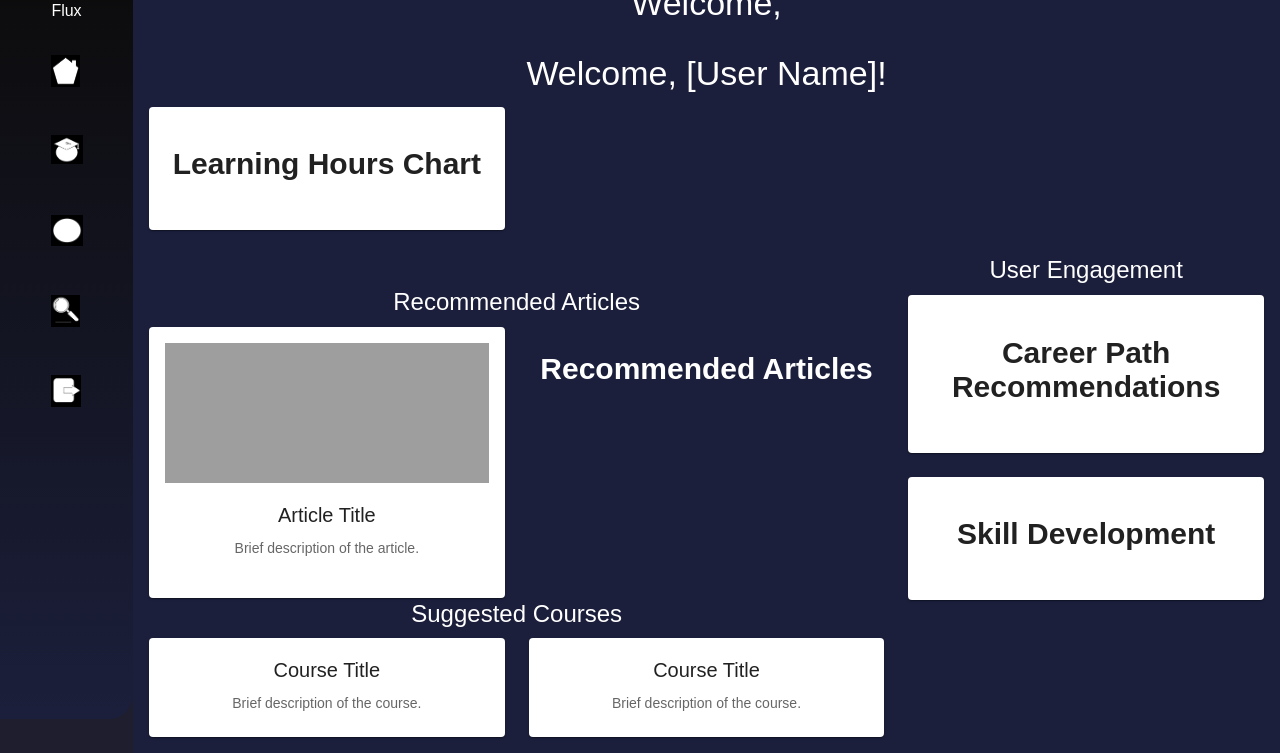
Repository: jvt2/OnlineCourseApp
Page: /dashboard
An editor plug-in stored every save of this project. The page is shown before and after the next save, followed by the edit.
The browser window is 1280 px wide. The pictures show the whole page.
Pictures or frames that could not be fetched are drawn as grey boxes. The page's requests for data from a server got no answer. The project was rebuilt for these pictures with package versions that can differ from the ones it lists, and the page was loaded fresh each time. No one was signed in, and anything a server would have sent is missing. Also part of the build but not shown: src/features/auth/Register.js, src/features/auth/Login.js, src/features/courses/ResumeUpload.js, src/features/courses/CourseRecommendations.js, src/components/common/MyModal.js, src/features/courses/CourseCatalog.js, src/features/courses/CourseDetail.js, src/components/common/Navbar.js and 3 more. Imported but missing from the stored project, and not drawn on this page: src/app/reportWebVitals.

Above is the page before, as saved 2024-07-18 21:07:45.

After the next save:
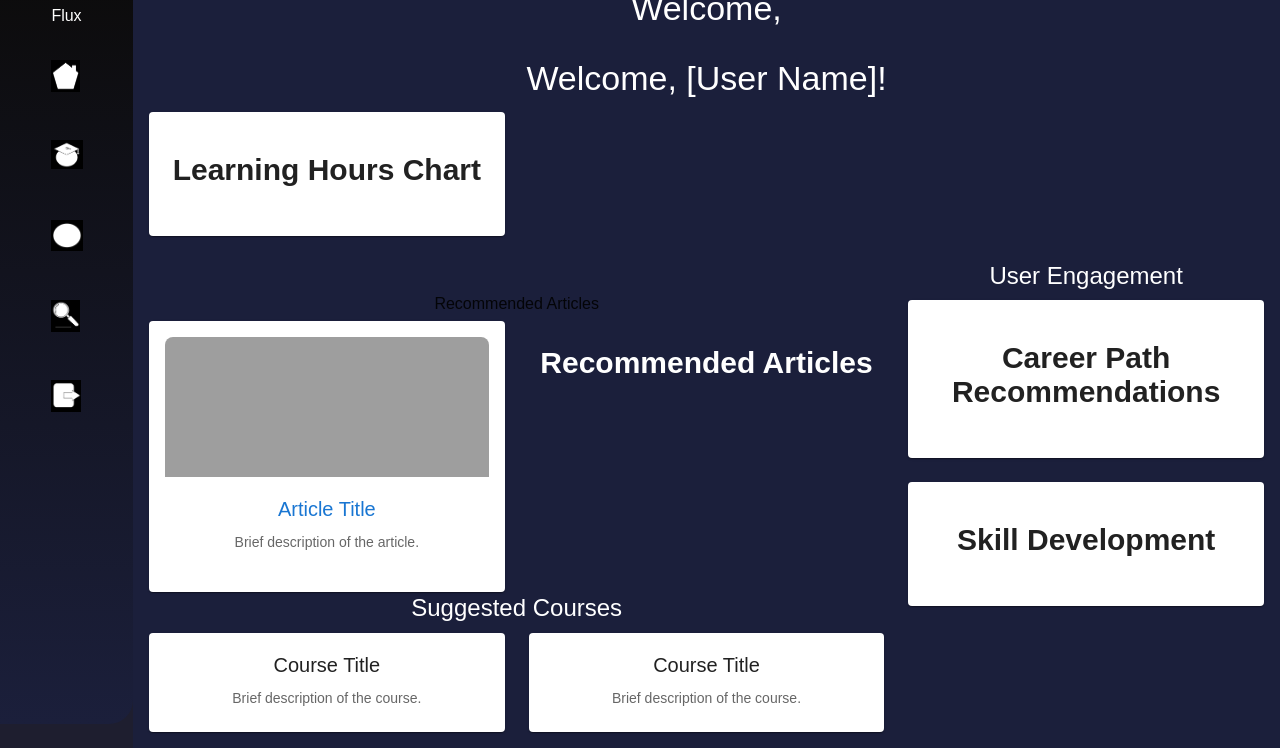
Saved 32 s later.
--- a/src/features/dashboard/MiddleSection.js
+++ b/src/features/dashboard/MiddleSection.js
@@ -2,14 +2,16 @@
 import React from 'react';
 import { Box, Typography, Grid, Card, CardContent, CardMedia } from '@mui/material';
 import RecommendedArticles from '../../components/common/Articles/RecommendedArticles';
-import useDashboardStyles from '../../styles/dashboardstyles';
+import useDashboardStyles from '../../styles/dashboardStyles';
 
 function MiddleSection() {
   const classes = useDashboardStyles();
 
   return (
     <Box className={classes.container}>
-      <Typography variant="h5" gutterBottom>Recommended Articles</Typography>
+      <Typography className={classes.sectionTitle} gutterBottom>
+        Recommended Articles
+      </Typography>
       <Grid container spacing={3}>
         <Grid item xs={12} md={6}>
           <Card className={classes.card}>
@@ -18,12 +20,13 @@ function MiddleSection() {
               height="140"
               image="path/to/image.jpg"
               alt="Article Image"
+              className={classes.cardMedia}
             />
-            <CardContent>
-              <Typography gutterBottom variant="h6" component="div">
+            <CardContent className={classes.cardContent}>
+              <Typography gutterBottom variant="h6" component="div" className={classes.cardTitle}>
                 Article Title
               </Typography>
-              <Typography variant="body2" color="text.secondary">
+              <Typography variant="body2" color="text.secondary" className={classes.cardDescription}>
                 Brief description of the article.
               </Typography>
             </CardContent>
